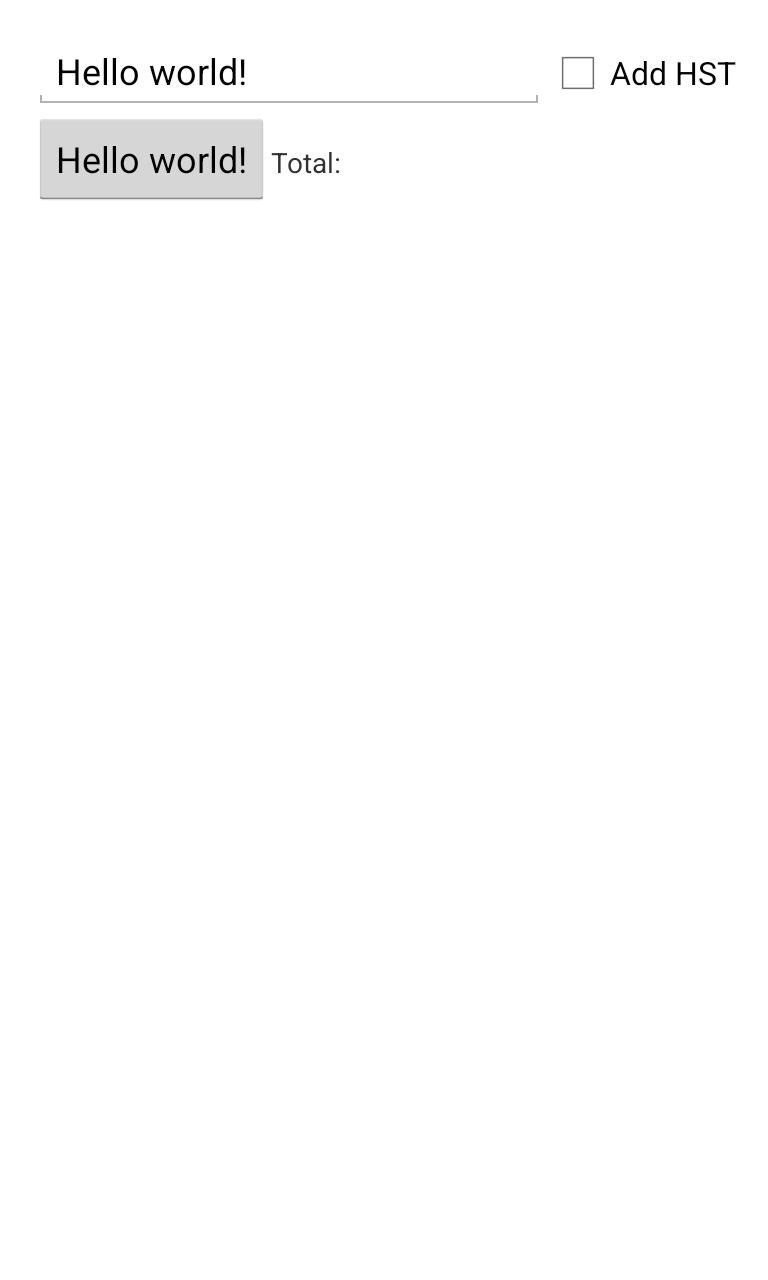
Repository: ericMedeiros93/Android-Dev
Layout: week3_1/res/layout/activity_main.xml
The author's editor kept a copy of each file at every save. The layout is drawn from the files as they stood at one save, then again after the next save.
It is drawn on a 768 x 1280 px phone screen (xhdpi) without system bars, with theme AppTheme; the app's code is not run.

Above is the layout before, as saved 2014-09-17 15:25:49.

After the next save:
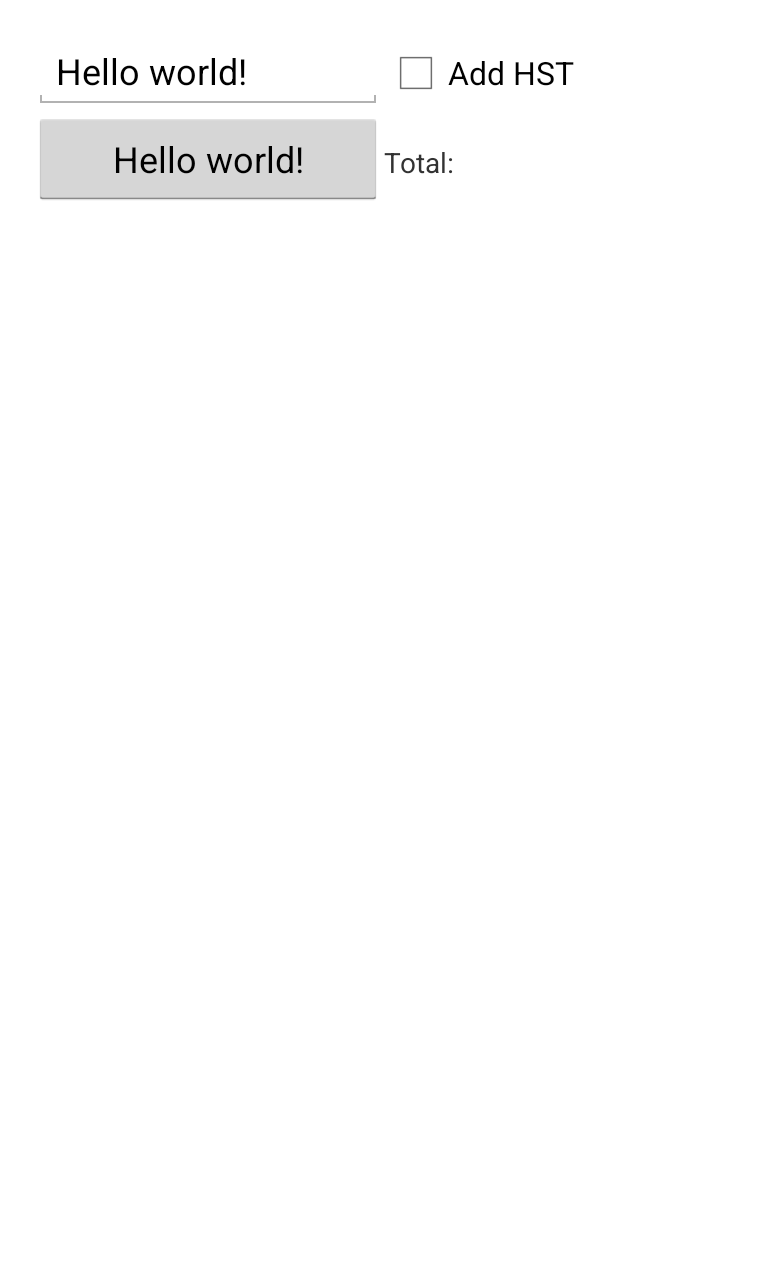
Saved 19 s later.
--- a/week3_1/res/layout/activity_main.xml
+++ b/week3_1/res/layout/activity_main.xml
@@ -23,7 +23,8 @@
 
         <CheckBox
             android:id="@+id/chkAddHst"
-            android:layout_width="wrap_content"
+            android:layout_width="0dp"
+            android:layout_weight="1"
             android:layout_height="wrap_content"
             android:text="Add HST" />
     </LinearLayout>
@@ -35,13 +36,15 @@
 
         <Button
             android:id="@+id/btnCalculate"
-            android:layout_width="wrap_content"
+            android:layout_width="0dp"
+            android:layout_weight="1"
             android:layout_height="wrap_content"
             android:text="@string/hello_world" />
 
         <TextView
             android:id="@+id/txtResult"
-            android:layout_width="wrap_content"
+            android:layout_width="0dp"
+            android:layout_weight="1"
             android:layout_height="wrap_content"
             android:text="Total:" />
     </LinearLayout>
